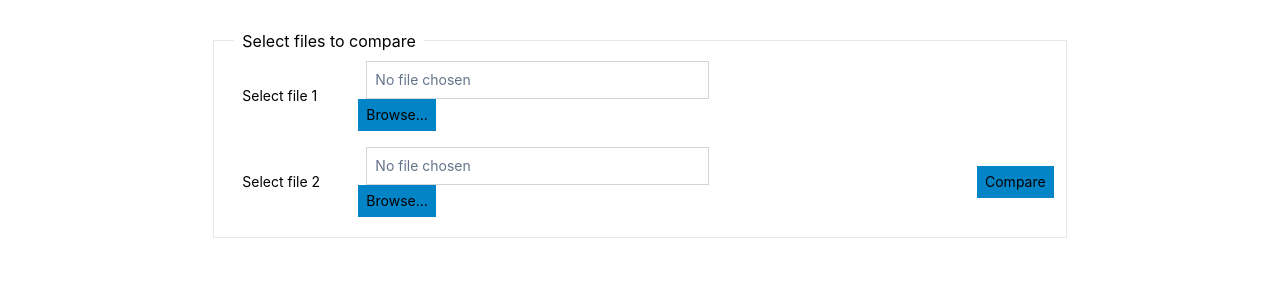
Repository: chionye/paymentology-front
Page: /
These files come from the project's save history. The page is drawn as it stood at one moment and after a run of saves; the edit follows.
The browser window is 1280 px wide. The pictures show the whole page.
The project was rebuilt for these pictures with package versions that can differ from the ones it lists, and the page was loaded fresh each time.

Above is the page before, as saved 2022-03-16 13:35:17.

### src/index.css
@tailwind base;
@tailwind components;
@tailwind utilities;

body {
  margin: 0;
  font-family: -apple-system, BlinkMacSystemFont, 'Segoe UI', 'Roboto', 'Oxygen',
    'Ubuntu', 'Cantarell', 'Fira Sans', 'Droid Sans', 'Helvetica Neue',
    sans-serif;
  -webkit-font-smoothing: antialiased;
  -moz-osx-font-smoothing: grayscale;
}

input[type=file] {
  -webkit-appearance: none;
  position: relative;
  -webkit-box-sizing: border-box;
   }
   input[type=file]::-webkit-file-upload-button {
  width: 0;
  padding: 0;
  margin: 0;
  -webkit-appearance: none;
  border: none;
   }
   /* "x::-webkit-file-upload-button" forces the rules to only apply to browsers that support this pseudo-element */

### src/App.js
import CompareFiles from "./components/CompareFiles";


function App() {
  return (
    <CompareFiles />
  );
}

export default App;

### src/components/CompareFiles.js
import Button from "./Button";
import InputFile from "./InputFile";
import Section from "./Section";

const CompareFiles = () => {
    return(
        <Section title={"Select files to compare"}>
            <InputFile file={"Select file 1"} />
            <div className="flex flex-row items-center justify-between">
                <InputFile file={"Select file 2"} />
                <Button label={"Compare"} />
            </div>
        </Section>
    )
}

export default CompareFiles;

### src/components/Button.js
const Button = (props) => {
    return <button className="ml-1 bg-sky-600 hover:bg-sky-700 py-1 h-8 px-2 text-sm ">{props.label}</button>
}

export default Button;

### src/components/InputFile.js
import Button from "./Button";
const InputFile = (props) => {
    return(
        <div className="flex flex-row w-full md:w-3/4 items-center text-sm my-2 px-4">
            <label className="w-28">{props.file}</label>
            <div c>
                <input type="file"
                    className="block w-full mx-3 appearance-none border border-1 border-gray-300 p-2  text-slate-500
                    file:mr-4 file:py-2 file:px-4
                    file:rounded-full file:border-0
                    file:text-sm file:font-semibold
                    file:bg-violet-50 file:text-violet-700
                    hover:file:bg-violet-100 file:text-red-600
                    "/>

                <Button label={"Browse..."} />
            </div>

        </div>
    )
}

export default InputFile;

### src/components/Section.js

const Section = (props) => {
    return(
        <div className="relative w-4/6 h-auto p-3 border border-1 border-gray mx-auto my-10">
            <div className="absolute -top-3 left-5 bg-white px-2">{props.title}</div>
            {props.children}
        </div>
    )
}

export default Section;

Loaded but not shown: public/index.html (common file); src/index.js (common file); src/reportWebVitals.js (common file); tailwind.config.js (common file)

After the next 3 saves:
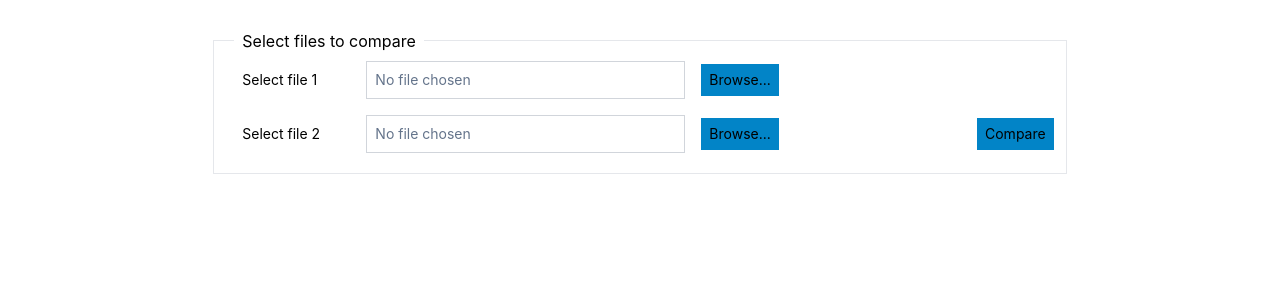
The 3 saves are shown as one change because they came seconds apart.
The last was saved 11 s later.
--- a/src/components/InputFile.js
+++ b/src/components/InputFile.js
@@ -3,7 +3,7 @@ const InputFile = (props) => {
     return(
         <div className="flex flex-row w-full md:w-3/4 items-center text-sm my-2 px-4">
             <label className="w-28">{props.file}</label>
-            <div c>
+            <div className="flex flex-row items-center">
                 <input type="file"
                     className="block w-full mx-3 appearance-none border border-1 border-gray-300 p-2  text-slate-500
                     file:mr-4 file:py-2 file:px-4
